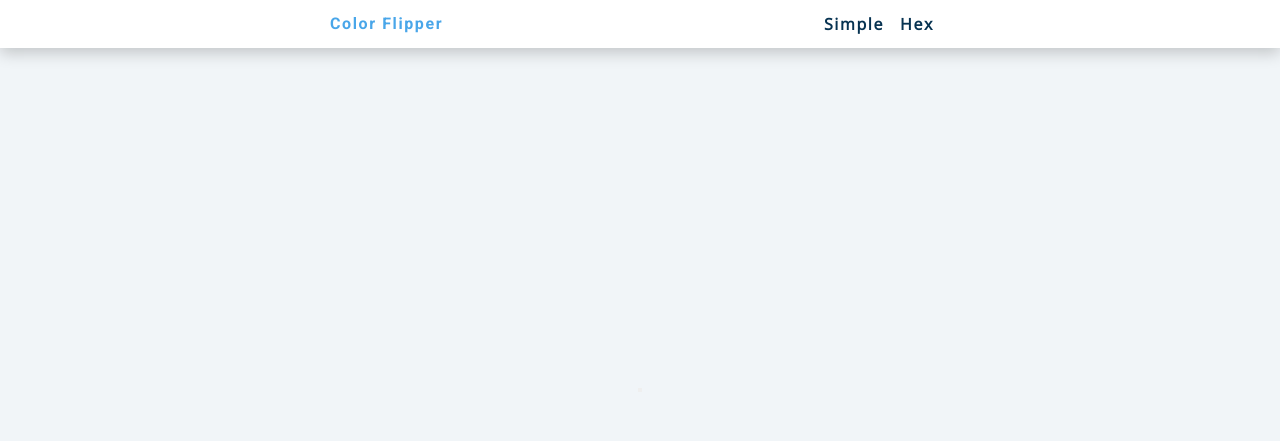
Repository: smit1298/color-changer
Page: index.html
An editor plug-in stored every save of this project. The page is shown before and after the next save, followed by the edit.
The browser window is 1280 px wide. The pictures show the whole page.

Above is the page before, as saved 2022-05-02 09:39:01.

### index.html
<!DOCTYPE html>
<html lang="en">

<head>
  <meta charset="UTF-8" />
  <meta name="viewport" content="width=device-width, initial-scale=1.0" />
  <title>Color Flipper || Simple</title>

  <!-- styles -->
  <link rel="stylesheet" href="styles.css" />
</head>

<body>
  <nav>
    <div class="nav-center">
      <h4>color Flipper</h4>
      <ul class="nav-links">
        <li>
          <a href="index.html">simple</a>
        </li>
        <li>
          <a href="hex.html">hex</a>
        </li>
      </ul>
    </div>
  </nav>
  <main>
    <div class="container">
      <button class="btn"></button>
    </div>
  </main>
  <script src="app.js"></script>
</body>

</html>

### styles.css
/*
===============
Fonts
===============
*/
@import url("https://fonts.googleapis.com/css?family=Open+Sans|Roboto:400,700&display=swap");

/*
===============
Variables
===============
*/

:root {
  /* dark shades of primary color*/
  --clr-primary-1: hsl(205, 86%, 17%);
  --clr-primary-2: hsl(205, 77%, 27%);
  --clr-primary-3: hsl(205, 72%, 37%);
  --clr-primary-4: hsl(205, 63%, 48%);
  /* primary/main color */
  --clr-primary-5: hsl(205, 78%, 60%);
  /* lighter shades of primary color */
  --clr-primary-6: hsl(205, 89%, 70%);
  --clr-primary-7: hsl(205, 90%, 76%);
  --clr-primary-8: hsl(205, 86%, 81%);
  --clr-primary-9: hsl(205, 90%, 88%);
  --clr-primary-10: hsl(205, 100%, 96%);
  /* darkest grey - used for headings */
  --clr-grey-1: hsl(209, 61%, 16%);
  --clr-grey-2: hsl(211, 39%, 23%);
  --clr-grey-3: hsl(209, 34%, 30%);
  --clr-grey-4: hsl(209, 28%, 39%);
  /* grey used for paragraphs */
  --clr-grey-5: hsl(210, 22%, 49%);
  --clr-grey-6: hsl(209, 23%, 60%);
  --clr-grey-7: hsl(211, 27%, 70%);
  --clr-grey-8: hsl(210, 31%, 80%);
  --clr-grey-9: hsl(212, 33%, 89%);
  --clr-grey-10: hsl(210, 36%, 96%);
  --clr-white: #fff;
  --clr-red-dark: hsl(360, 67%, 44%);
  --clr-red-light: hsl(360, 71%, 66%);
  --clr-green-dark: hsl(125, 67%, 44%);
  --clr-green-light: hsl(125, 71%, 66%);
  --clr-black: #222;
  --ff-primary: "Roboto", sans-serif;
  --ff-secondary: "Open Sans", sans-serif;
  --transition: all 0.3s linear;
  --spacing: 0.1rem;
  --radius: 0.25rem;
  --light-shadow: 0 5px 15px rgba(0, 0, 0, 0.1);
  --dark-shadow: 0 5px 15px rgba(0, 0, 0, 0.2);
  --max-width: 1170px;
  --fixed-width: 620px;
}
/*
===============
Global Styles
===============
*/

*,
::after,
::before {
  margin: 0;
  padding: 0;
  box-sizing: border-box;
}
body {
  font-family: var(--ff-secondary);
  background: var(--clr-grey-10);
  color: var(--clr-grey-1);
  line-height: 1.5;
  font-size: 0.875rem;
}
ul {
  list-style-type: none;
}
a {
  text-decoration: none;
}
h1,
h2,
h3,
h4 {
  letter-spacing: var(--spacing);
  text-transform: capitalize;
  line-height: 1.25;
  margin-bottom: 0.75rem;
  font-family: var(--ff-primary);
}
h1 {
  font-size: 3rem;
}
h2 {
  font-size: 2rem;
}
h3 {
  font-size: 1.25rem;
}
h4 {
  font-size: 0.875rem;
}
p {
  margin-bottom: 1.25rem;
  color: var(--clr-grey-5);
}
@media screen and (min-width: 800px) {
  h1 {
    font-size: 4rem;
  }
  h2 {
    font-size: 2.5rem;
  }
  h3 {
    font-size: 1.75rem;
  }
  h4 {
    font-size: 1rem;
  }
  body {
    font-size: 1rem;
  }
  h1,
  h2,
  h3,
  h4 {
    line-height: 1;
  }
}
/*  global classes */

/* section */
.section {
  padding: 5rem 0;
}

.section-center {
  width: 90vw;
  margin: 0 auto;
  max-width: 1170px;
}
@media screen and (min-width: 992px) {
  .section-center {
    width: 95vw;
  }
}
main {
  min-height: 100vh;
  display: grid;
  place-items: center;
}

/*
===============
Nav
===============
*/
nav {
  background: var(--clr-white);
  height: 3rem;
  display: grid;
  align-items: center;
  box-shadow: var(--dark-shadow);
}
.nav-center {
  width: 90vw;
  max-width: var(--fixed-width);
  margin: 0 auto;
  display: flex;
  align-items: center;
  justify-content: space-between;
}
.nav-center h4 {
  margin-bottom: 0;
  color: var(--clr-primary-5);
}
.nav-links {
  display: flex;
}
nav a {
  text-transform: capitalize;
  font-weight: 700;
  font-size: 1rem;
  color: var(--clr-primary-1);
  letter-spacing: var(--spacing);
  margin-right: 1rem;
}
nav a:hover {
  color: var(--clr-primary-5);
}
/*
===============
Container
===============
*/
main {
  min-height: calc(100vh - 3rem);
  display: grid;
  place-items: center;
}
.container {
  text-align: center;
}
.container h2 {
  background: var(--clr-black);
  color: var(--clr-white);
  padding: 1rem;
  border-radius: var(--radius);
  margin-bottom: 2.5rem;
}
.color {
  color: var(--clr-primary-5);
}
.btn-hero {
  font-family: var(--ff-primary);
  text-transform: uppercase;
  background: transparent;
  color: var(--clr-black);
  letter-spacing: var(--spacing);
  display: inline-block;
  font-weight: 700;
  transition: var(--transition);
  border: 2px solid var(--clr-black);
  cursor: pointer;
  box-shadow: 0 1px 3px rgba(0, 0, 0, 0.2);
  border-radius: var(--radius);
  font-size: 1rem;
  padding: 0.75rem 1.25rem;
}
.btn-hero:hover {
  color: var(--clr-white);
  background: var(--clr-black);
}

Loaded but not shown: app.js (common file)

After the next save:
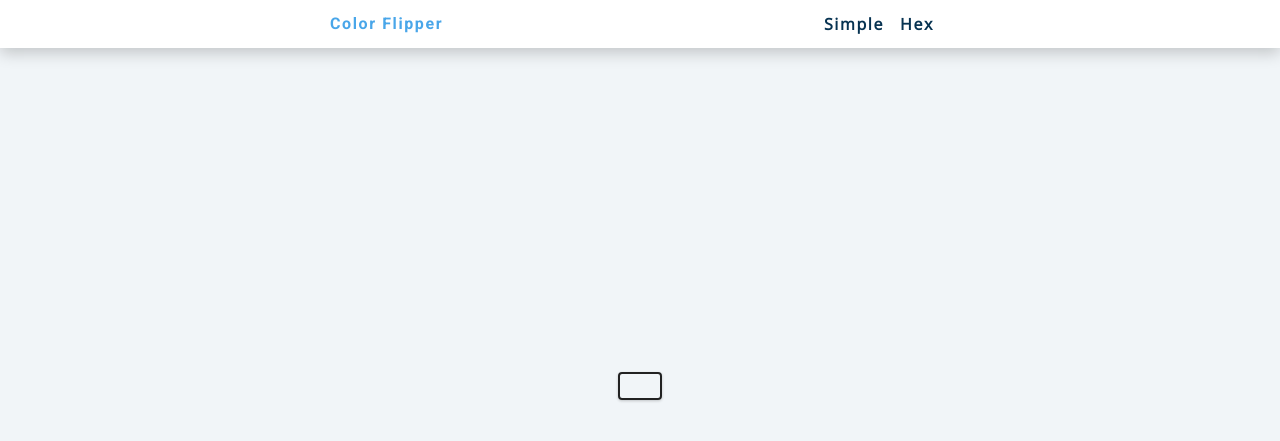
Saved 9 s later.
--- a/index.html
+++ b/index.html
@@ -26,7 +26,7 @@
   </nav>
   <main>
     <div class="container">
-      <button class="btn"></button>
+      <button class="btn btn-hero"></button>
     </div>
   </main>
   <script src="app.js"></script>
